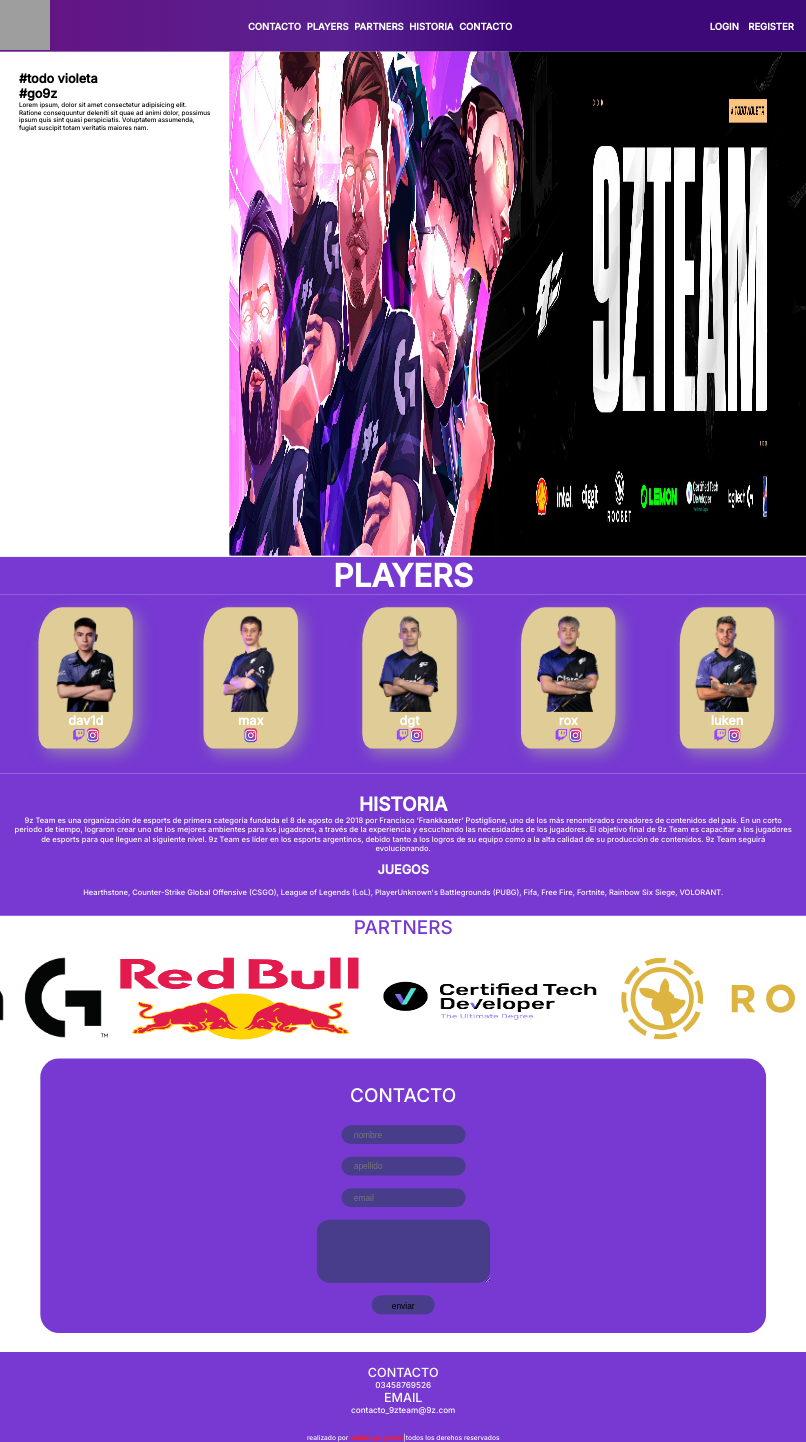
Repository: santig20/trabajo-practico-integrador-nuncba-html-css-
Page: index.html
The author's editor kept a copy of each file at every save. The page is drawn from the files as they stood at one save, then again after the next save.
The browser window is 1280 px wide. The pictures show the whole page, at 63% of full size.
Pictures or frames that could not be fetched are drawn as grey boxes. Some web libraries are served in a nearby version.

Above is the page before, as saved 2022-06-25 09:39:24.

After the next save:
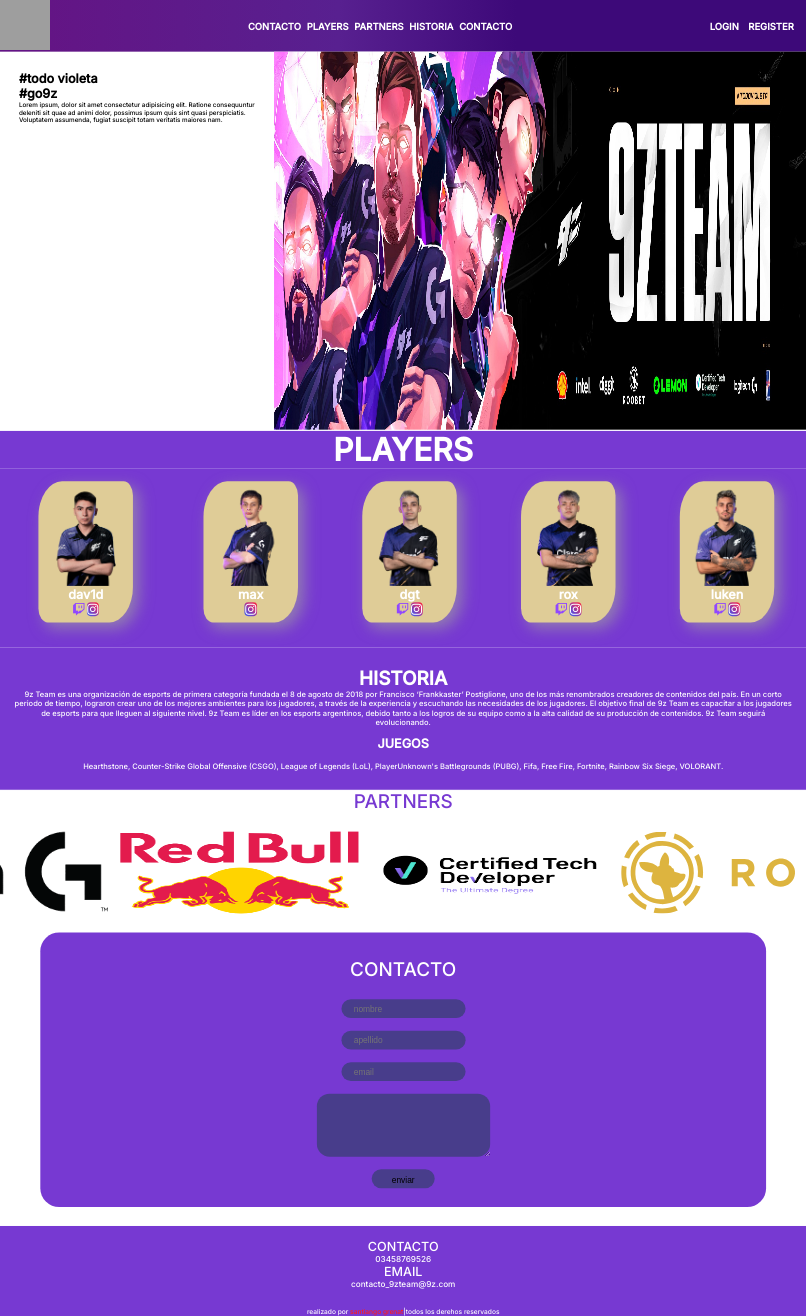
Saved 6 s later.
--- a/desktop.css
+++ b/desktop.css
@@ -30,5 +30,5 @@
     }
 
     .img_hero img{
-      height: 80rem;
+      height: 60rem;
     }
